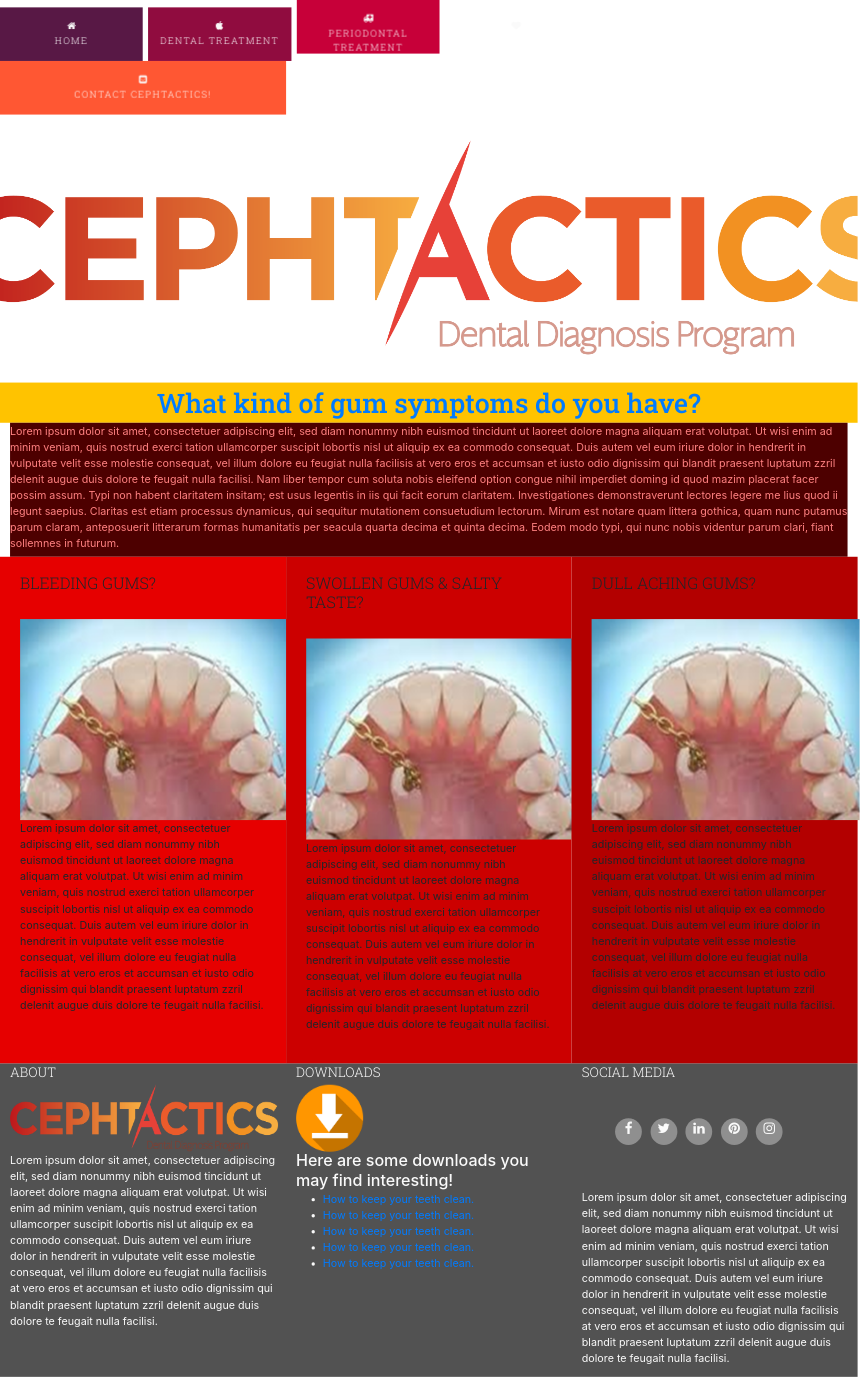
Repository: Code-Institute-Submissions/Rajjabbal-milestone-project
Page: 2periodontal.html
The author's editor kept a record of every edit. The page is drawn from the files as they stood at one moment, then again after the next edit.
The browser window is 1280 px wide. The page is 1283 px wide, so the pictures cover 1283 px, including what lies to the right of the window. The pictures show the whole page, at 67% of full size.
Some web libraries are served in a nearby version.

Above is the page before.

### 2periodontal.html
<!DOCTYPE html>
<html lang="en">

<head>
    <meta charset="UTF-8">
    <meta name="viewport" content="width=device-width, initial-scale=1.0">
    <meta http-equiv="X-UA-Compatible" content="ie=edge">
    <link rel="stylesheet" href="https://stackpath.bootstrapcdn.com/bootstrap/4.2.1/css/bootstrap.min.css" type="text/css" />
    <link rel="stylesheet" href="https://stackpath.bootstrapcdn.com/font-awesome/4.7.0/css/font-awesome.min.css" type="text/css" />
    <link rel="stylesheet" href="assets/css/style.css" type="text/css" />
    <link rel="stylesheet" href="https://cdnjs.cloudflare.com/ajax/libs/hover.css/2.3.1/css/hover-min.css" type="text/css" />
    <title>Milestone Project 1</title>
</head>

<body>
    <header>
        <div class="row no-gutters">
            <div class="col-md-12">
                <ul id="nav" class="list-inline menucontainer">
                    <li class="col-sm-2 ui-menu-color-home list-inline-item menuitem">
                        <a href="#" class="hvr-sweep-to-bottom"><i class="fa fa-home" aria-hidden="true"></i><span>Home</span>
                        </a>
                    </li>
                    <li class="col-sm-2 ui-menu-color-dental list-inline-item menuitem">
                        <a href="#" class="hvr-sweep-to-bottom"><i class="fa fa-apple" aria-hidden="true"></i><span>Dental Treatment</span>
                        </a>
                    </li>
                    <li class="col-sm-2 ui-menu-color-periodontal list-inline-item menuitem">
                        <a href="#" class="hvr-sweep-to-bottom"><i class="fa fa-ambulance" aria-hidden="true"></i><span>Periodontal Treatment</span>
                        </a>
                    </li>
                    <li class="col-sm-2 ui-menu-color-other list-inline-item menuitem">
                        <a href="#" class="hvr-sweep-to-bottom"><i class="fa fa-heart" aria-hidden="true"></i><span>Other Treatment</span>
                        </a>
                    </li>
                     <li class="col-sm-4 ui-menu-color-contact list-inline-item menuitem">
                        <a href="#" class="hvr-sweep-to-bottom"><i class="fa fa-envelope-square" aria-hidden="true"></i><span>Contact Cephtactics!</span>
                        </a>
                    </li>
                </ul>
            </div>
        </div>
        <div class="row no-gutters">
            <a href="index.html" class="col-md-12 logo"></a>
        </div>
        <div class="row no-gutters bg-color-question">
            <div class="col-md-12 question">
                <a href="question"> What kind of gum symptoms do you have?</a>
            </div>
        </div>

    </header>

    <section class="container-fluid">
        <div class="blurb">
            <p>Lorem ipsum dolor sit amet, consectetuer adipiscing elit, sed diam nonummy nibh euismod tincidunt ut laoreet dolore magna aliquam erat volutpat. Ut wisi enim ad minim veniam, quis nostrud exerci tation ullamcorper suscipit lobortis nisl ut
                aliquip ex ea commodo consequat. Duis autem vel eum iriure dolor in hendrerit in vulputate velit esse molestie consequat, vel illum dolore eu feugiat nulla facilisis at vero eros et accumsan et iusto odio dignissim qui blandit praesent
                luptatum zzril delenit augue duis dolore te feugait nulla facilisi. Nam liber tempor cum soluta nobis eleifend option congue nihil imperdiet doming id quod mazim placerat facer possim assum. Typi non habent claritatem insitam; est usus
                legentis in iis qui facit eorum claritatem. Investigationes demonstraverunt lectores legere me lius quod ii legunt saepius. Claritas est etiam processus dynamicus, qui sequitur mutationem consuetudium lectorum. Mirum est notare quam littera
                gothica, quam nunc putamus parum claram, anteposuerit litterarum formas humanitatis per seacula quarta decima et quinta decima. Eodem modo typi, qui nunc nobis videntur parum clari, fiant sollemnes in futurum.
            </p>
        </div>

        <div class="row">
            <div class="col-md-4 bg-color-dental section-column">
                <h4 class="section-heading uppercase">Bleeding gums?</h4>
                <img src="./assets/images/Image.png" alt="Italian Trulli" style="width:400px; height:300px;">
                <p class="inline-block">Lorem ipsum dolor sit amet, consectetuer adipiscing elit, sed diam nonummy nibh euismod tincidunt ut laoreet dolore magna aliquam erat volutpat. Ut wisi enim ad minim veniam, quis nostrud exerci tation ullamcorper suscipit lobortis nisl
                    ut aliquip ex ea commodo consequat. Duis autem vel eum iriure dolor in hendrerit in vulputate velit esse molestie consequat, vel illum dolore eu feugiat nulla facilisis at vero eros et accumsan et iusto odio dignissim qui blandit praesent
                    luptatum zzril delenit augue duis dolore te feugait nulla facilisi.</p>
            </div>
            <div class="col-md-4 bg-color-periodontal section-column">
                <h4 class="section-heading uppercase">Swollen gums & salty taste?</h4>
                <img src="./assets/images/Image.png" alt="Italian Trulli" style="width:400px; height:300px;">
                <p class="inline-block">Lorem ipsum dolor sit amet, consectetuer adipiscing elit, sed diam nonummy nibh euismod tincidunt ut laoreet dolore magna aliquam erat volutpat. Ut wisi enim ad minim veniam, quis nostrud exerci tation ullamcorper suscipit lobortis nisl
                    ut aliquip ex ea commodo consequat. Duis autem vel eum iriure dolor in hendrerit in vulputate velit esse molestie consequat, vel illum dolore eu feugiat nulla facilisis at vero eros et accumsan et iusto odio dignissim qui blandit praesent
                    luptatum zzril delenit augue duis dolore te feugait nulla facilisi.</p>
            </div>
            <div class="col-md-4 bg-color-other section-column">
                <h4 class="section-heading uppercase">Dull aching gums?</h4>
                <img src="./assets/images/Image.png" alt="Italian Trulli" style="width:400px; height:300px;">
                <p class="inline-block">Lorem ipsum dolor sit amet, consectetuer adipiscing elit, sed diam nonummy nibh euismod tincidunt ut laoreet dolore magna aliquam erat volutpat. Ut wisi enim ad minim veniam, quis nostrud exerci tation ullamcorper suscipit lobortis nisl
                    ut aliquip ex ea commodo consequat. Duis autem vel eum iriure dolor in hendrerit in vulputate velit esse molestie consequat, vel illum dolore eu feugiat nulla facilisis at vero eros et accumsan et iusto odio dignissim qui blandit praesent
                    luptatum zzril delenit augue duis dolore te feugait nulla facilisi.</p>
            </div>
        </div>

    </section>

    <footer class="container-fluid">
        <div class="row">
            <div class="col-sm-4">
                <h5 class="uppercase general-sub">About</h5>
                <img src="./assets/images/CEP-Logo DENTAL.png" alt="Italian Trulli" style="width:400px; height:100px;">
                <p class="inline-block">
                    Lorem ipsum dolor sit amet, consectetuer adipiscing elit, sed diam nonummy nibh euismod tincidunt ut laoreet dolore magna aliquam erat volutpat. Ut wisi enim ad minim veniam, quis nostrud exerci tation ullamcorper suscipit lobortis nisl ut aliquip ex
                    ea commodo consequat. Duis autem vel eum iriure dolor in hendrerit in vulputate velit esse molestie consequat, vel illum dolore eu feugiat nulla facilisis at vero eros et accumsan et iusto odio dignissim qui blandit praesent luptatum
                    zzril delenit augue duis dolore te feugait nulla facilisi.
                </p>
            </div>
            <div class="col-sm-4">
                <h5 class="uppercase general-sub">Downloads</h5>
                <img src="./assets/images/Download.jpg" alt="Italian Trulli" style="width:100px; height:100px;">
                <h4 class="download">Here are some downloads you may find interesting!
                </h4>
                <ul class="inline-block">
                    <li>
                        <a href="#" target="_blank" class="link1">
                        <span>How to keep your teeth clean.</span>
                    </a>
                    </li>
                    <li>
                        <a href="#" target="_blank" class="link2">
                        <span>How to keep your teeth clean.</span>
                    </a>
                    </li>
                    <li>
                        <a href="#" target="_blank" class="link3">
                        <span>How to keep your teeth clean.</span>
                    </a>
                    </li>
                    <li>
                        <a href="#" target="_blank" class="link4">
                        <span>How to keep your teeth clean.</span>
                    </a>
                    </li>
                    <li>
                        <a href="#" target="_blank" class="link5">
                        <span>How to keep your teeth clean.</span>
                    </a>
                    </li>
                </ul>
            </div>
            <div class="col-sm-4">
                <h5 class="uppercase general-sub">Social Media</h5>
                <ul class="list-inline social-links">
                    <li class="list-inline-item">
                        <a target="_blank" href="#">
                            <i class="fa fa-facebook" aria-hidden="true"></i>
                            <span class="sr-only">Facebook</span>
                        </a>
                    </li>
                    <li class="list-inline-item">
                        <a target="_blank" href="#">
                            <i class="fa fa-twitter" aria-hidden="true"></i>
                            <span class="sr-only">Twitter</span>
                        </a>
                    </li>
                    <li class="list-inline-item">
                        <a target="_blank" href="#">
                            <i class="fa fa-linkedin" aria-hidden="true"></i>
                            <span class="sr-only">Linkedin</span>
                        </a>
                    </li>
                    <li class="list-inline-item">
                        <a target="_blank" href="#">
                            <i class="fa fa-pinterest" aria-hidden="true"></i>
                            <span class="sr-only">Pinterest</span>
                        </a>
                    </li>
                    <li class="list-inline-item">
                        <a target="_blank" href="#">
                            <i class="fa fa-instagram" aria-hidden="true"></i>
                            <span class="sr-only">Instagram</span>
                        </a>
                    </li>
                </ul>
                <p class="inline-block">Lorem ipsum dolor sit amet, consectetuer adipiscing elit, sed diam nonummy nibh euismod tincidunt ut laoreet dolore magna aliquam erat volutpat. Ut wisi enim ad minim veniam, quis nostrud exerci tation ullamcorper suscipit lobortis nisl
                    ut aliquip ex ea commodo consequat. Duis autem vel eum iriure dolor in hendrerit in vulputate velit esse molestie consequat, vel illum dolore eu feugiat nulla facilisis at vero eros et accumsan et iusto odio dignissim qui blandit praesent
                    luptatum zzril delenit augue duis dolore te feugait nulla facilisi.</p>
            </div>

        </div>

    </footer>

</body>

</html>

### assets/css/style.css
@import url('https://fonts.googleapis.com/css?family=Roboto+Slab:100,200,300,400,500,600,700');

/*-----colors-----*/

.bg-color-question {
    background-color: #FFC300;

}

.ui-menu-color-home {
    background-color: RGB(88, 24, 69);
}

.ui-menu-color-dental {
    background-color: RGB(144, 12, 63);
}

.ui-menu-color-periodontal {
    background-color: RGB(199, 0, 57);
}

.ui-menu-color-contact {
    background-color: RGB(255, 87, 51);
}

.ui-menu-color-statement {
    background-color: RGB(23, 32, 42);
}

.bg-color-dental {
    background-color: #e60000;
}
.bg-color-periodontal {
    background-color: #cc0000;
}
.bg-color-other {
    background-color: #b30000;
}

/*-----Special paddings/margins/text-----*/

h1,
h2,
h3,
h4 {
    margin: 0;
}

.uppercase {
    text-transform: uppercase;

}

.general-sub {
    font-family: "Roboto Slab", sans-serif;
    font-weight: 300;
    color: #fafafa;
}

.inline-block {
    display: inline-block;
}

.row-table {
    display: table;
}

.section-column {
    display: table-cell;
    padding: 0 30px 30px;
    float: none;
}

.section-heading {
    font-family: "Roboto Slab", sans-serif;
    font-weight: 300;
    margin-top: 25px;
    margin-bottom: 40px;
}

/*-----heading-----*/

header {
    margin: 0px;
}

.list-inline-item:not(:last-child) {
    max-height: 80px;

}

.menucontainer {
    font-size: 0;

}

#nav {
    margin: 0;
}

#nav li {
    font-size: 14px;
    font-family: "Roboto Slab", sans-serif;
    color: #DAF7A6;
    padding: 0;
}

.menuitem {
    height: 80px;
    text-align: center;
}

.menuitem a {
    width: 100%;
    text-decoration: none;
    color: #fff;
}

.menuitem a i {
    padding-top: 20px;
    display: block;
    color: #fafafa;
}

.menuitem span {
    display: block;
    width: 100%;
    padding-top: 5px;
    text-align: center;
    text-transform: uppercase;
    font-size: 14px;
    font-weight: 300;
    letter-spacing: 2px;
}

.logo {
    background: url("../images/CEP-Logo DENTAL.png");
    background-position: center;
    background-repeat: no-repeat;
    background-size: 1400px;
    min-height: 400px;
    padding: 0px;
    transition: all .5s ease-in-out;
    -moz-transition: all .5s ease-in-out;
    -webkit-transition: all .5s ease-in-out;
}

.picture {
    background: url("../images/BK.jpg");
    background-position: center;
    background-repeat: no-repeat;
    background-size: cover;
    min-height: 240px;
    transition: all .5s ease-in-out;
    -moz-transition: .5s ease-in-out;
    -webkit-transition: .5s ease-in-out;
}

.question {
    font-family: "Roboto Slab", sans-serif;
    font-weight: 500;
    font-size: 40px;
    margin: 0px;
    color: #ffffff;
    text-align: center;
}

/*-----hover.css-----*/

.hvr-sweep-to-bottom:before {
    background: rgba(0, 0, 0, 1);
    height: 80px;
}

/*-----section-----*/

.blurb {
    background-color: #4d0000;
    min-height: 200px;
    padding: 0;
    color: #ff8080;
}




/*-----footer-----*/

footer {
    background-color: #525252;
    color: #fafafa;
    min-height: 180px;
    margin: 0;
}

.social-links {
    padding: 50px;
}

.social-links li a i {
    width: 40px;
    height: 40px;
    padding: 12px 0;
    border-radius: 50%;
    font-size: 20px;
    line-height: 7px;
    text-align: center;
    color: #fafafa;
    background: #8f8f8f;
    transition: all 0.35s ease-in-out;
    -moz-transition: all 0.35s ease-in-out;
    -webkit-transition: all 0.35s ease-in-out;
    -o-transition: all 0.35s ease-in-out;
}

.social-links li a i:hover {
    background: #e84610;
}

#footer-details {
    padding: 20px;
}

After the next edit:
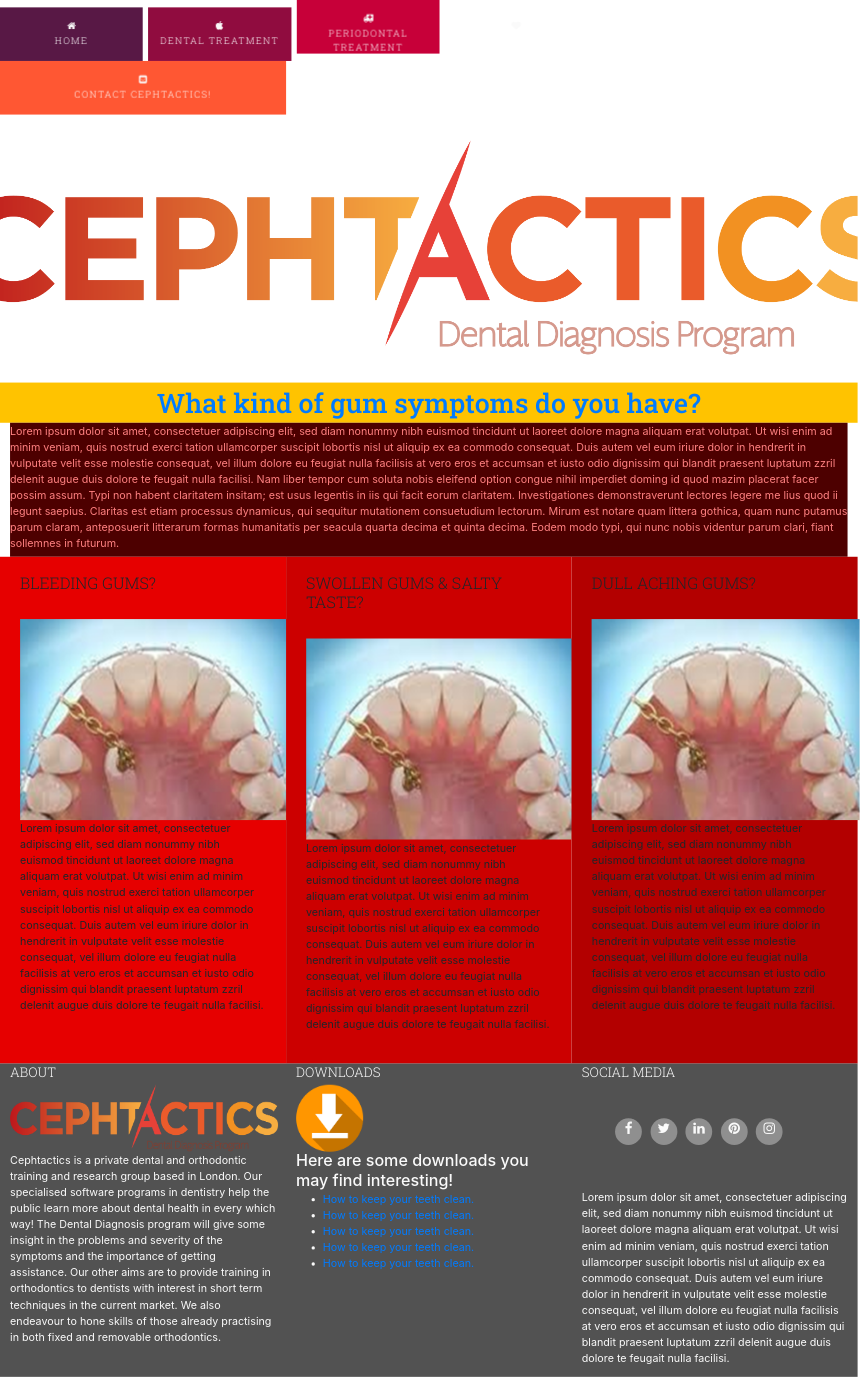
The edit:
--- a/2periodontal.html
+++ b/2periodontal.html
@@ -93,9 +93,9 @@
                 <h5 class="uppercase general-sub">About</h5>
                 <img src="./assets/images/CEP-Logo DENTAL.png" alt="Italian Trulli" style="width:400px; height:100px;">
                 <p class="inline-block">
-                    Lorem ipsum dolor sit amet, consectetuer adipiscing elit, sed diam nonummy nibh euismod tincidunt ut laoreet dolore magna aliquam erat volutpat. Ut wisi enim ad minim veniam, quis nostrud exerci tation ullamcorper suscipit lobortis nisl ut aliquip ex
-                    ea commodo consequat. Duis autem vel eum iriure dolor in hendrerit in vulputate velit esse molestie consequat, vel illum dolore eu feugiat nulla facilisis at vero eros et accumsan et iusto odio dignissim qui blandit praesent luptatum
-                    zzril delenit augue duis dolore te feugait nulla facilisi.
+                    Cephtactics is a private dental and orthodontic training and research group based in London. Our specialised software programs in dentistry help the public learn more about dental health in every which way! The Dental Diagnosis program will give some
+                    insight in the problems and severity of the symptoms and the importance of getting assistance. Our other aims are to provide training in orthodontics to dentists with interest in short term techniques in the current market. We also
+                    endeavour to hone skills of those already practising in both fixed and removable orthodontics.
                 </p>
             </div>
             <div class="col-sm-4">
